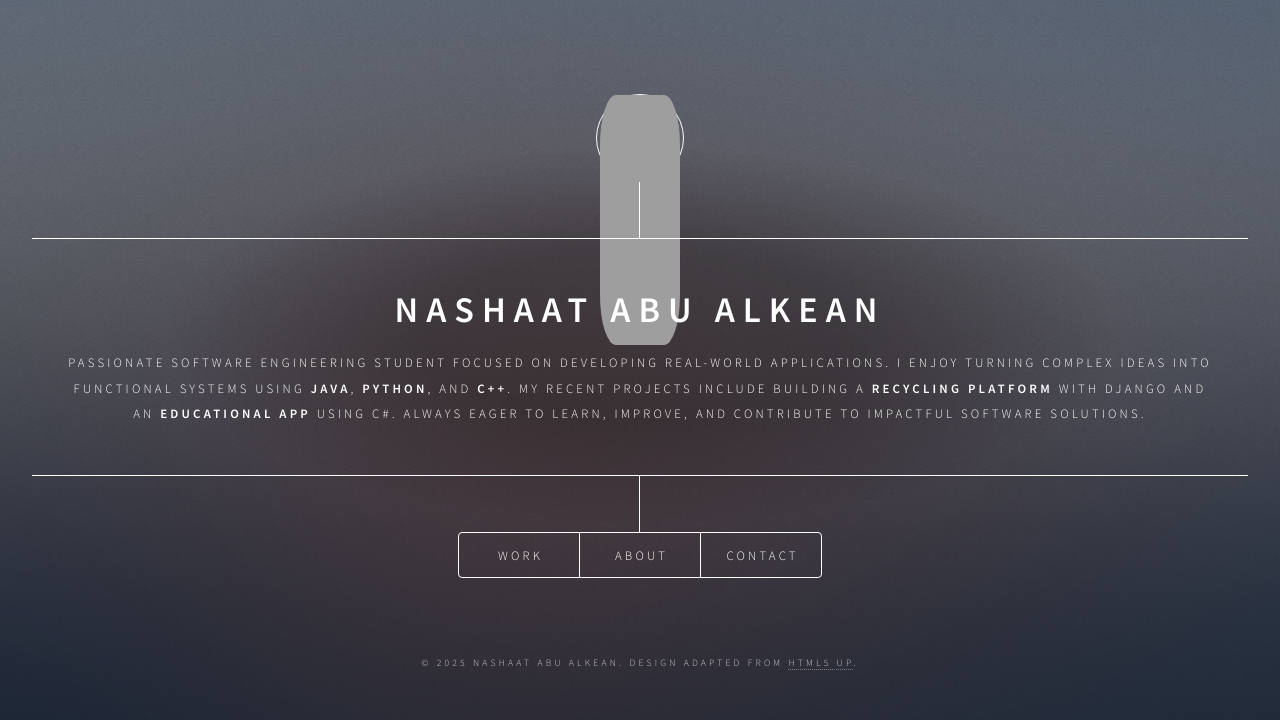
Repository: NashaatAlkean/Nashaat-sPortofolio
Page: index.html
An editor plug-in stored every save of this project. The page is shown before and after the next save, followed by the edit.
The browser window is 1280 px wide. The pictures show the whole page.
Pictures or frames that could not be fetched are drawn as grey boxes.

Above is the page before, as saved 2025-11-05 10:11:52.

### index.html
<!DOCTYPE html>
<!--
	Dimension by HTML5 UP
	html5up.net | @ajlkn
	Free for personal and commercial use under the CCA 3.0 license (html5up.net/license)
-->
<html>
  <head>
    <title>Nashaat Abu Alkean | Portfolio</title>
    <meta charset="utf-8" />
    <meta
      name="viewport"
      content="width=device-width, initial-scale=1, user-scalable=no"
    />
    <link rel="stylesheet" href="assets/css/main.css" />
    <noscript
      ><link rel="stylesheet" href="assets/css/noscript.css"
    /></noscript>
  </head>
  <body class="is-preload">
    <!-- Wrapper -->
    <div id="wrapper">
      <!-- Header -->
      <header id="header">
        <div class="logo">
          <img
            src="images/profile.png"
            alt="Nashaat Logo"
            style="width: 80px; height: 250px; border-radius: 20%"
          />
        </div>

        <div class="content">
          <div class="inner">
            <h1>Nashaat Abu Alkean</h1>
            <p>
              Passionate software engineering student focused on developing
              real-world applications. I enjoy turning complex ideas into
              functional systems using <b>Java</b>, <b>Python</b>, and
              <b>C++</b>. My recent projects include building a
              <b>recycling platform</b> with Django and an
              <b>educational app</b> using C#. Always eager to learn, improve,
              and contribute to impactful software solutions.
            </p>
          </div>
        </div>
        <nav>
          <ul>
            <li><a href="#work">Work</a></li>
            <li><a href="#about">About</a></li>
            <li><a href="#contact">Contact</a></li>
            <!--<li><a href="#elements">Elements</a></li>-->
          </ul>
        </nav>
      </header>

      <!-- Main -->
      <div id="main">
        <!-- Work -->
        <article id="work">
          <h2 class="major">Work</h2>
          <span class="image main"><img src="images/pic02.jpg" alt="" /></span>
          <p>
            Adipiscing magna sed dolor elit. Praesent eleifend dignissim arcu,
            at eleifend sapien imperdiet ac. Aliquam erat volutpat. Praesent
            urna nisi, fringila lorem et vehicula lacinia quam. Integer
            sollicitudin mauris nec lorem luctus ultrices.
          </p>
          <p>
            Nullam et orci eu lorem consequat tincidunt vivamus et sagittis
            libero. Mauris aliquet magna magna sed nunc rhoncus pharetra.
            Pellentesque condimentum sem. In efficitur ligula tate urna.
            Maecenas laoreet massa vel lacinia pellentesque lorem ipsum dolor.
            Nullam et orci eu lorem consequat tincidunt. Vivamus et sagittis
            libero. Mauris aliquet magna magna sed nunc rhoncus amet feugiat
            tempus.
          </p>
        </article>

        <!-- About -->
        <article id="about">
          <h2 class="major">About</h2>
          <span class="image main"><img src="images/pic03.jpg" alt="" /></span>
          <p>
            Lorem ipsum dolor sit amet, consectetur et adipiscing elit. Praesent
            eleifend dignissim arcu, at eleifend sapien imperdiet ac. Aliquam
            erat volutpat. Praesent urna nisi, fringila lorem et vehicula
            lacinia quam. Integer sollicitudin mauris nec lorem luctus ultrices.
            Aliquam libero et malesuada fames ac ante ipsum primis in faucibus.
            Cras viverra ligula sit amet ex mollis mattis lorem ipsum dolor sit
            amet.
          </p>
        </article>

        <!-- Contact -->
        <article id="contact">
          <h2 class="major">Contact</h2>
          <form method="post" action="#">
            <div class="fields">
              <div class="field half">
                <label for="name">Name</label>
                <input type="text" name="name" id="name" />
              </div>
              <div class="field half">
                <label for="email">Email</label>
                <input type="text" name="email" id="email" />
              </div>
              <div class="field">
                <label for="message">Message</label>
                <textarea name="message" id="message" rows="4"></textarea>
              </div>
            </div>
            <ul class="actions">
              <li>
                <input type="submit" value="Send Message" class="primary" />
              </li>
              <li><input type="reset" value="Reset" /></li>
            </ul>
          </form>
          <ul class="icons">
            <li>
              <a href="#" class="icon brands fa-twitter"
                ><span class="label">Twitter</span></a
              >
            </li>
            <li>
              <a href="#" class="icon brands fa-facebook-f"
                ><span class="label">Facebook</span></a
              >
            </li>
            <li>
              <a href="#" class="icon brands fa-instagram"
                ><span class="label">Instagram</span></a
              >
            </li>
            <li>
              <a href="#" class="icon brands fa-github"
                ><span class="label">GitHub</span></a
              >
            </li>
          </ul>
        </article>

        <!-- Elements -->
        <article id="elements">
          <h2 class="major">Elements</h2>

          <section>
            <h3 class="major">Text</h3>
            <p>
              This is <b>bold</b> and this is <strong>strong</strong>. This is
              <i>italic</i> and this is <em>emphasized</em>. This is
              <sup>superscript</sup> text and this is <sub>subscript</sub> text.
              This is <u>underlined</u> and this is code:
              <code>for (;;) { ... }</code>. Finally,
              <a href="#">this is a link</a>.
            </p>
            <hr />
            <h2>Heading Level 2</h2>
            <h3>Heading Level 3</h3>
            <h4>Heading Level 4</h4>
            <h5>Heading Level 5</h5>
            <h6>Heading Level 6</h6>
            <hr />
            <h4>Blockquote</h4>
            <blockquote>
              Fringilla nisl. Donec accumsan interdum nisi, quis tincidunt felis
              sagittis eget tempus euismod. Vestibulum ante ipsum primis in
              faucibus vestibulum. Blandit adipiscing eu felis iaculis volutpat
              ac adipiscing accumsan faucibus. Vestibulum ante ipsum primis in
              faucibus lorem ipsum dolor sit amet nullam adipiscing eu felis.
            </blockquote>
            <h4>Preformatted</h4>
            <pre><code>i = 0;

while (!deck.isInOrder()) {
    print 'Iteration ' + i;
    deck.shuffle();
    i++;
}

print 'It took ' + i + ' iterations to sort the deck.';</code></pre>
          </section>

          <section>
            <h3 class="major">Lists</h3>

            <h4>Unordered</h4>
            <ul>
              <li>Dolor pulvinar etiam.</li>
              <li>Sagittis adipiscing.</li>
              <li>Felis enim feugiat.</li>
            </ul>

            <h4>Alternate</h4>
            <ul class="alt">
              <li>Dolor pulvinar etiam.</li>
              <li>Sagittis adipiscing.</li>
              <li>Felis enim feugiat.</li>
            </ul>

            <h4>Ordered</h4>
            <ol>
              <li>Dolor pulvinar etiam.</li>
              <li>Etiam vel felis viverra.</li>
              <li>Felis enim feugiat.</li>
              <li>Dolor pulvinar etiam.</li>
              <li>Etiam vel felis lorem.</li>
              <li>Felis enim et feugiat.</li>
            </ol>
            <h4>Icons</h4>
            <ul class="icons">
              <li>
                <a href="#" class="icon brands fa-twitter"
                  ><span class="label">Twitter</span></a
                >
              </li>
              <li>
                <a href="#" class="icon brands fa-facebook-f"
                  ><span class="label">Facebook</span></a
                >
              </li>
              <li>
                <a href="#" class="icon brands fa-instagram"
                  ><span class="label">Instagram</span></a
                >
              </li>
              <li>
                <a href="#" class="icon brands fa-github"
                  ><span class="label">Github</span></a
                >
              </li>
            </ul>

            <h4>Actions</h4>
            <ul class="actions">
              <li><a href="#" class="button primary">Default</a></li>
              <li><a href="#" class="button">Default</a></li>
            </ul>
            <ul class="actions stacked">
              <li><a href="#" class="button primary">Default</a></li>
              <li><a href="#" class="button">Default</a></li>
            </ul>
          </section>

          <section>
            <h3 class="major">Table</h3>
            <h4>Default</h4>
            <div class="table-wrapper">
              <table>
                <thead>
                  <tr>
                    <th>Name</th>
                    <th>Description</th>
                    <th>Price</th>
                  </tr>
                </thead>
                <tbody>
                  <tr>
                    <td>Item One</td>
                    <td>Ante turpis integer aliquet porttitor.</td>
                    <td>29.99</td>
                  </tr>
                  <tr>
                    <td>Item Two</td>
                    <td>Vis ac commodo adipiscing arcu aliquet.</td>
                    <td>19.99</td>
                  </tr>
                  <tr>
                    <td>Item Three</td>
                    <td>Morbi faucibus arcu accumsan lorem.</td>
                    <td>29.99</td>
                  </tr>
                  <tr>
                    <td>Item Four</td>
                    <td>Vitae integer tempus condimentum.</td>
                    <td>19.99</td>
                  </tr>
                  <tr>
                    <td>Item Five</td>
                    <td>Ante turpis integer aliquet porttitor.</td>
                    <td>29.99</td>
                  </tr>
                </tbody>
                <tfoot>
                  <tr>
                    <td colspan="2"></td>
                    <td>100.00</td>
                  </tr>
                </tfoot>
              </table>
            </div>

            <h4>Alternate</h4>
            <div class="table-wrapper">
              <table class="alt">
                <thead>
                  <tr>
                    <th>Name</th>
                    <th>Description</th>
                    <th>Price</th>
                  </tr>
                </thead>
                <tbody>
                  <tr>
                    <td>Item One</td>
                    <td>Ante turpis integer aliquet porttitor.</td>
                    <td>29.99</td>
                  </tr>
                  <tr>
                    <td>Item Two</td>
                    <td>Vis ac commodo adipiscing arcu aliquet.</td>
                    <td>19.99</td>
                  </tr>
                  <tr>
                    <td>Item Three</td>
                    <td>Morbi faucibus arcu accumsan lorem.</td>
                    <td>29.99</td>
                  </tr>
                  <tr>
                    <td>Item Four</td>
                    <td>Vitae integer tempus condimentum.</td>
                    <td>19.99</td>
                  </tr>
                  <tr>
                    <td>Item Five</td>
                    <td>Ante turpis integer aliquet porttitor.</td>
                    <td>29.99</td>
                  </tr>
                </tbody>
                <tfoot>
                  <tr>
                    <td colspan="2"></td>
                    <td>100.00</td>
                  </tr>
                </tfoot>
              </table>
            </div>
          </section>

          <section>
            <h3 class="major">Buttons</h3>
            <ul class="actions">
              <li><a href="#" class="button primary">Primary</a></li>
              <li><a href="#" class="button">Default</a></li>
            </ul>
            <ul class="actions">
              <li><a href="#" class="button">Default</a></li>
              <li><a href="#" class="button small">Small</a></li>
            </ul>
            <ul class="actions">
              <li>
                <a href="#" class="button primary icon solid fa-download"
                  >Icon</a
                >
              </li>
              <li>
                <a href="#" class="button icon solid fa-download">Icon</a>
              </li>
            </ul>
            <ul class="actions">
              <li><span class="button primary disabled">Disabled</span></li>
              <li><span class="button disabled">Disabled</span></li>
            </ul>
          </section>

          <section>
            <h3 class="major">Form</h3>
            <form method="post" action="#">
              <div class="fields">
                <div class="field half">
                  <label for="demo-name">Name</label>
                  <input
                    type="text"
                    name="demo-name"
                    id="demo-name"
                    value=""
                    placeholder="Jane Doe"
                  />
                </div>
                <div class="field half">
                  <label for="demo-email">Email</label>
                  <input
                    type="email"
                    name="demo-email"
                    id="demo-email"
                    value=""
                    placeholder="jane@untitled.tld"
                  />
                </div>
                <div class="field">
                  <label for="demo-category">Category</label>
                  <select name="demo-category" id="demo-category">
                    <option value="">-</option>
                    <option value="1">Manufacturing</option>
                    <option value="1">Shipping</option>
                    <option value="1">Administration</option>
                    <option value="1">Human Resources</option>
                  </select>
                </div>
                <div class="field half">
                  <input
                    type="radio"
                    id="demo-priority-low"
                    name="demo-priority"
                    checked
                  />
                  <label for="demo-priority-low">Low</label>
                </div>
                <div class="field half">
                  <input
                    type="radio"
                    id="demo-priority-high"
                    name="demo-priority"
                  />
                  <label for="demo-priority-high">High</label>
                </div>
                <div class="field half">
                  <input type="checkbox" id="demo-copy" name="demo-copy" />
                  <label for="demo-copy">Email me a copy</label>
                </div>
                <div class="field half">
                  <input
                    type="checkbox"
                    id="demo-human"
                    name="demo-human"
                    checked
                  />
                  <label for="demo-human">Not a robot</label>
                </div>
                <div class="field">
                  <label for="demo-message">Message</label>
                  <textarea
                    name="demo-message"
                    id="demo-message"
                    placeholder="Enter your message"
                    rows="6"
                  ></textarea>
                </div>
              </div>
              <ul class="actions">
                <li>
                  <input type="submit" value="Send Message" class="primary" />
                </li>
                <li><input type="reset" value="Reset" /></li>
              </ul>
            </form>
          </section>
        </article>
      </div>

      <!-- Footer -->
      <footer id="footer">
        <p class="copyright">
          &copy; 2025 Nashaat Abu Alkean. Design adapted from
          <a href="https://html5up.net">HTML5 UP</a>.
        </p>
      </footer>
    </div>

    <!-- BG -->
    <div id="bg"></div>

    <!-- Scripts -->
    <script src="assets/js/jquery.min.js"></script>
    <script src="assets/js/browser.min.js"></script>
    <script src="assets/js/breakpoints.min.js"></script>
    <script src="assets/js/util.js"></script>
    <script src="assets/js/main.js"></script>
  </body>
</html>

Loaded but not shown: assets/js/jquery.min.js (library); assets/js/browser.min.js (common file); assets/css/fontawesome-all.min.css (library); assets/js/breakpoints.min.js (common file); assets/js/util.js (587 lines, source omitted); assets/js/main.js (401 lines, source omitted); assets/css/main.css (1661 lines, source omitted)

After the next save:
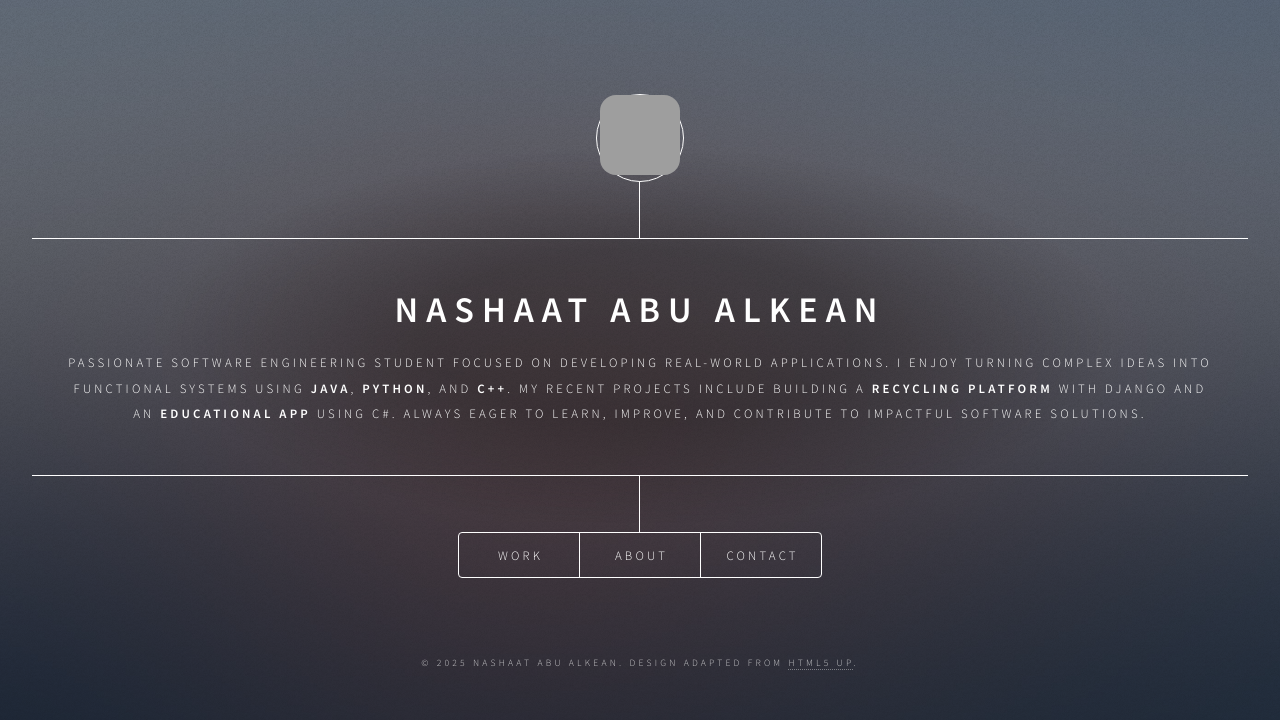
Saved 11 s later.
--- a/index.html
+++ b/index.html
@@ -26,7 +26,7 @@
           <img
             src="images/profile.png"
             alt="Nashaat Logo"
-            style="width: 80px; height: 250px; border-radius: 20%"
+            style="width: 80px; height: 80px; border-radius: 20%"
           />
         </div>
 
